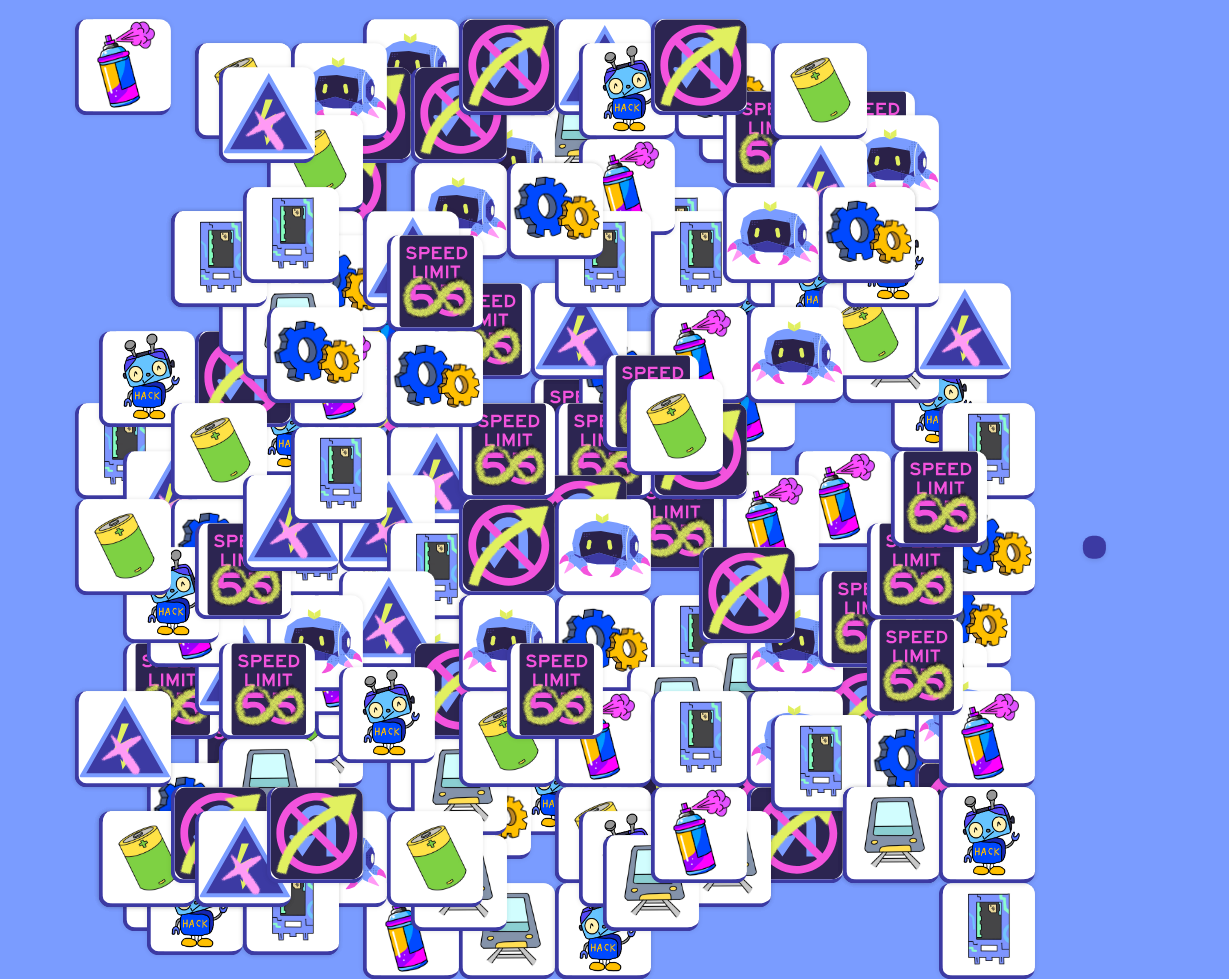
Repository: Avril-Cui/hack-puzzle
Page: / (app in client/)
The author's editor kept a copy of each file at every save. The page is drawn from the files as they stood at one save, then again after a run of saves.
The browser window is 1280 px wide. The pictures show the whole page, at 96% of full size.
The project was rebuilt for these pictures with package versions that can differ from the ones it lists, and the page was loaded fresh each time. The framework's server and built-in components were replaced by stand-ins that run in the browser. Also part of the build but not shown: client/next.config.ts.

Above is the page before, as saved 2025-06-11 19:46:22.

### client/app/page.tsx
import Game from "../components/Game";

export default function Home() {
  return (
    <div>
      <Game />
    </div>
  );
}

### client/app/globals.css
@import "tailwindcss";

:root {
  --background: #7A9CFF;
}

@theme inline {
  --color-background: var(--background);
  --color-foreground: var(--foreground);
  --font-sans: var(--font-geist-sans);
  --font-mono: var(--font-geist-mono);
}

@media (prefers-color-scheme: dark) {
  :root {
    --background: #7A9CFF;
  }
}

body {
  background: var(--background);
  color: var(--foreground);
  font-family: Arial, Helvetica, sans-serif;
}

### client/components/Game.tsx
"use client";
import React, { useEffect, useState } from "react";
import styles from "./Game.module.css";

interface Tile {
  id: string;
  x: number;
  y: number;
  z: number;
  status: number;
  isCover: boolean;
  iconName: string;
}

const CELL_SIZE = 100;
const ICONS = ["🍀", "🌈", "⚙️", "🐏", "🐯", "🐤", "📚", "🧠", "💻", "🐼"];

const PuzzleGame: React.FC = () => {
  const [tiles, setTiles] = useState<Tile[]>([]);
  const [queue, setQueue] = useState<Tile[]>([]);

  useEffect(() => {
    fetch("/scene.json")
      .then((res) => res.json())
      .then((data) => {
        setTiles(data);
      });
  }, []);

  const handleClick = (tile: Tile) => {
    if (tile.isCover || tile.status !== 0 || queue.length >= 7) return;
    setQueue((prev) => [...prev, tile]);
    setTiles((prev) =>
      prev.map((t) => (t.id === tile.id ? { ...t, status: 1 } : t))
    );
  };

  const getEmoji = (iconName: string): string => {
    const index = parseInt(iconName.replace("icon_", ""));
    return ICONS[index] || "❓";
  };

  const getIconPath = (iconName: string): string => {
    const extMap: Record<string, string> = {
      icons0: "svg",
      icons1: "png",
      icons2: "png",
      icons3: "png",
      icons4: "svg",
      icons5: "jpg",
      icons6: "jpg",
      icons7: "jpg",
      icons8: "svg",
      icons9: "svg",
    };
    const ext = extMap[iconName] || "png";
    return `/icons/${iconName}.${ext}`;
  };

  return (
    <div className={styles.gameContainer}>
      <div className={styles.tileBoard}>
        {tiles.map((tile) => (
          <div
            key={tile.id}
            className={`${styles.tile} ${tile.isCover ? styles.covered : ""}`}
            style={{
              left: tile.x,
              top: tile.y,
              zIndex: tile.z,
            }}
            onClick={() => handleClick(tile)}
          >
            <div
              className={styles.tileInner}
              style={{ opacity: tile.status < 2 ? 1 : 0 }}
            >
              <img
                src={getIconPath(tile.iconName)}
                alt={tile.iconName}
                className={styles.tileInner}
                style={{ opacity: tile.status < 2 ? 1 : 0 }}
              />
            </div>
          </div>
        ))}
      </div>

      <div className={styles.queueBar}>
        {queue.map((tile) => (
          <div key={tile.id} className={styles.queueTile}>
            <img
              src={getIconPath(tile.iconName)}
              alt={tile.iconName}
              className={styles.tileInner}
              style={{ opacity: tile.status < 2 ? 1 : 0 }}
            />
          </div>
        ))}
      </div>
    </div>
  );
};

export default PuzzleGame;

### client/components/Game.module.css
.gameContainer {
  display: flex;
  justify-content: center;
  align-items: center;
  height: 100vh;
  margin-top: 10em;
}

.tileBoard {
  position: relative;
  width: 1000px;
  height: 900px;
  background-color: transparent; /* remove green board background */
}

.tile {
  position: absolute;
  width: 100px;
  height: 100px;
  background-color: white;
  border-radius: 12px;
  box-shadow: 0 0 5px rgba(0, 0, 0, 0.1);
  border-left: 4px solid #3c3aa3;
  border-bottom: 4px solid #3c3aa3;
  display: flex;
  justify-content: center;
  align-items: center;
  cursor: pointer;
  transition: transform 0.1s;
}

.tileInner {
  width: 100%;
  height: 100%;
  display: flex;
  justify-content: center;
  align-items: center;
  overflow: hidden;
}

.tileInner img {
  max-width: 100%;
  max-height: 100%;
  object-fit: contain;
  pointer-events: none;
  border-radius: 12px;
}
.covered {
  background: #ccc;
  opacity: 0.4;
  pointer-events: none;
}

.queueBar {
  margin-top: 100px;
  display: flex;
  justify-content: center;
  gap: 12px;
  padding: 12px;
  background: #3c3aa3;
  border-radius: 10px;
  box-shadow: 0 2px 6px rgba(0, 0, 0, 0.1);
}

.queueTile {
  width: 100px;
  height: 100px;
  background: white;
  border-radius: 10px;
  font-size: 40px;
  display: flex;
  align-items: center;
  justify-content: center;
  box-shadow: 0 2px 6px rgba(0, 0, 0, 0.1);
}

Loaded but not shown: client/app/layout.tsx (common file); client/public/scene.json (2162 lines, source omitted)

After the next 2 saves:
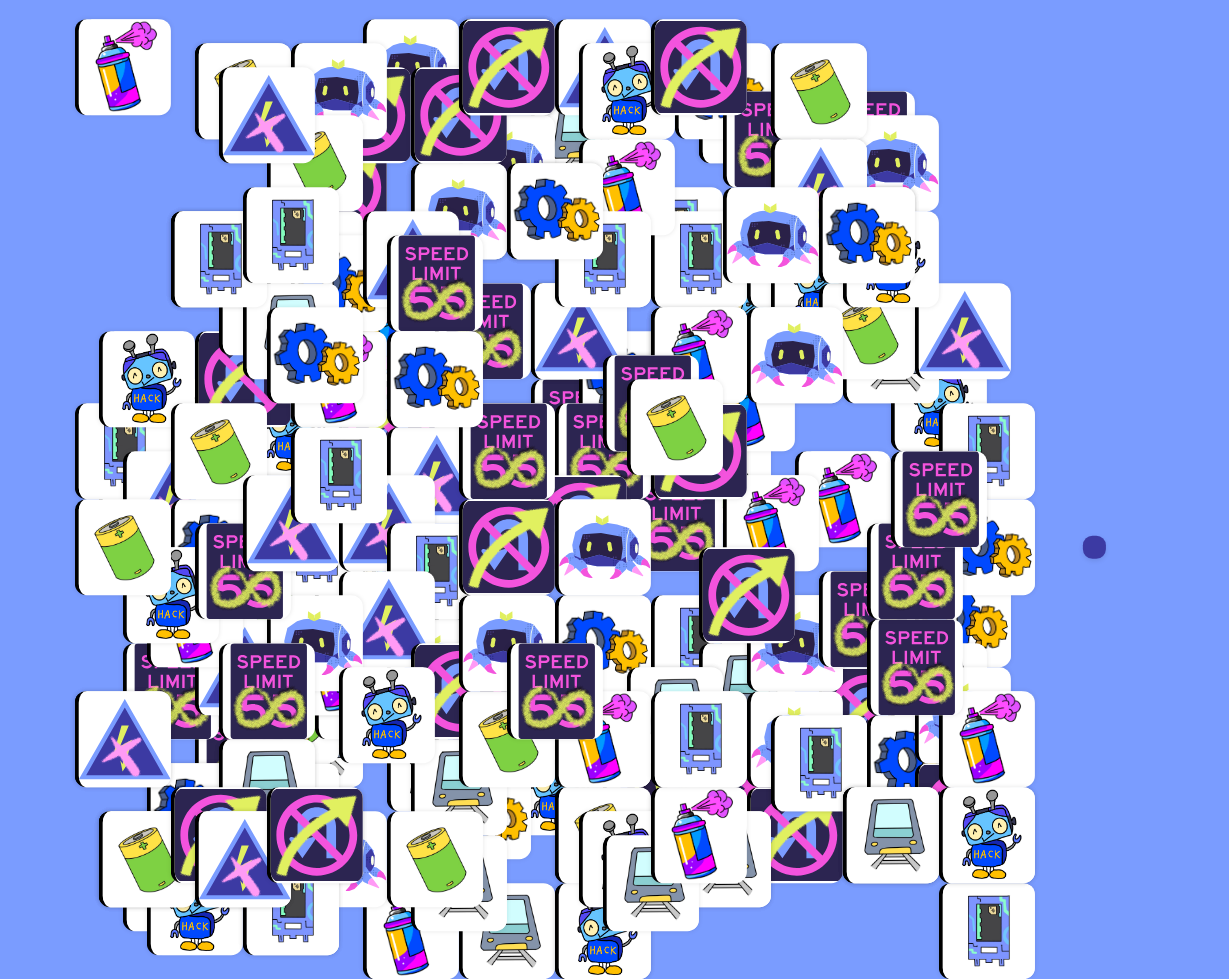
The 2 saves are shown as one change because they came seconds apart.
The last was saved 21 s later.
--- a/client/components/Game.module.css
+++ b/client/components/Game.module.css
@@ -20,8 +20,8 @@
   background-color: white;
   border-radius: 12px;
   box-shadow: 0 0 5px rgba(0, 0, 0, 0.1);
-  border-left: 4px solid #3c3aa3;
-  border-bottom: 4px solid #3c3aa3;
+  border-left: 4px solid #000;
+  border-bottom: 4px solid #3c3a    3;
   display: flex;
   justify-content: center;
   align-items: center;
